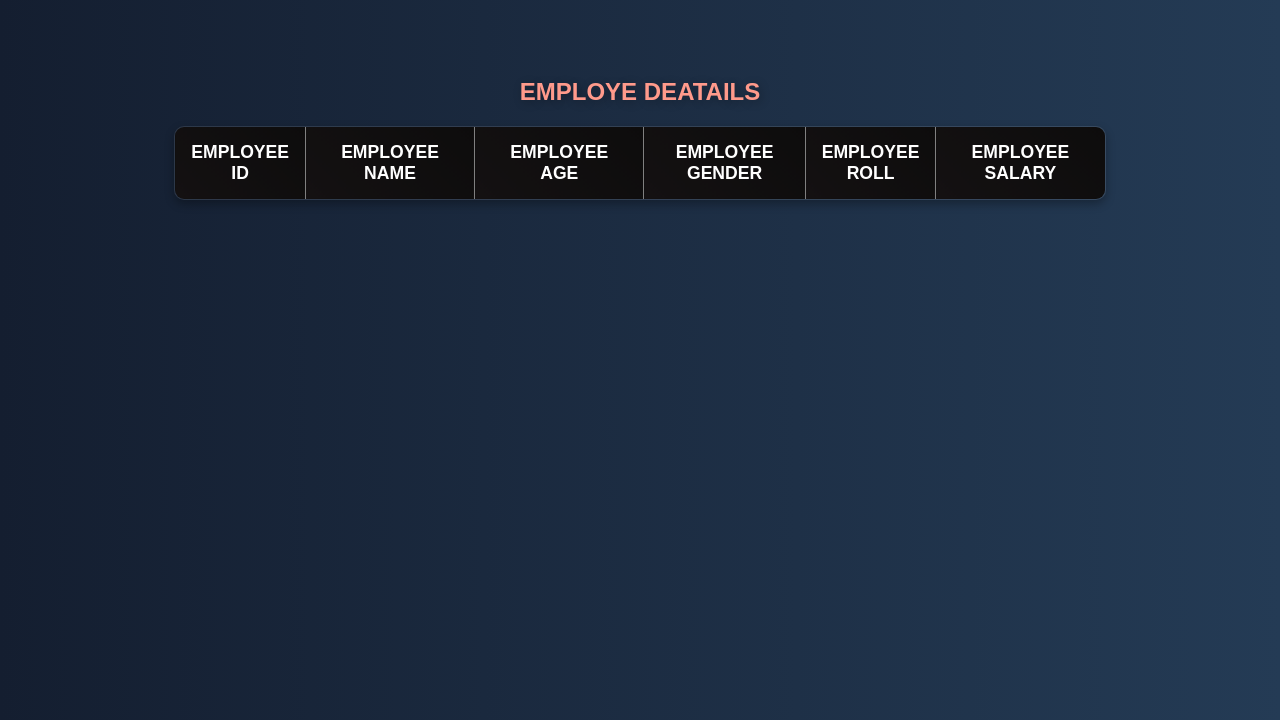
Repository: siva-shankar-2004/EmployeeManagementSystem
Page: src/main/resources/static/employeDetails.html
An editor plug-in stored every save of this project. The page is shown before and after the next save, followed by the edit.
The browser window is 1280 px wide. The pictures show the whole page.
The page's requests for data from a server got no answer.

Above is the page before, as saved 2025-04-04 19:26:00.

After the next save:
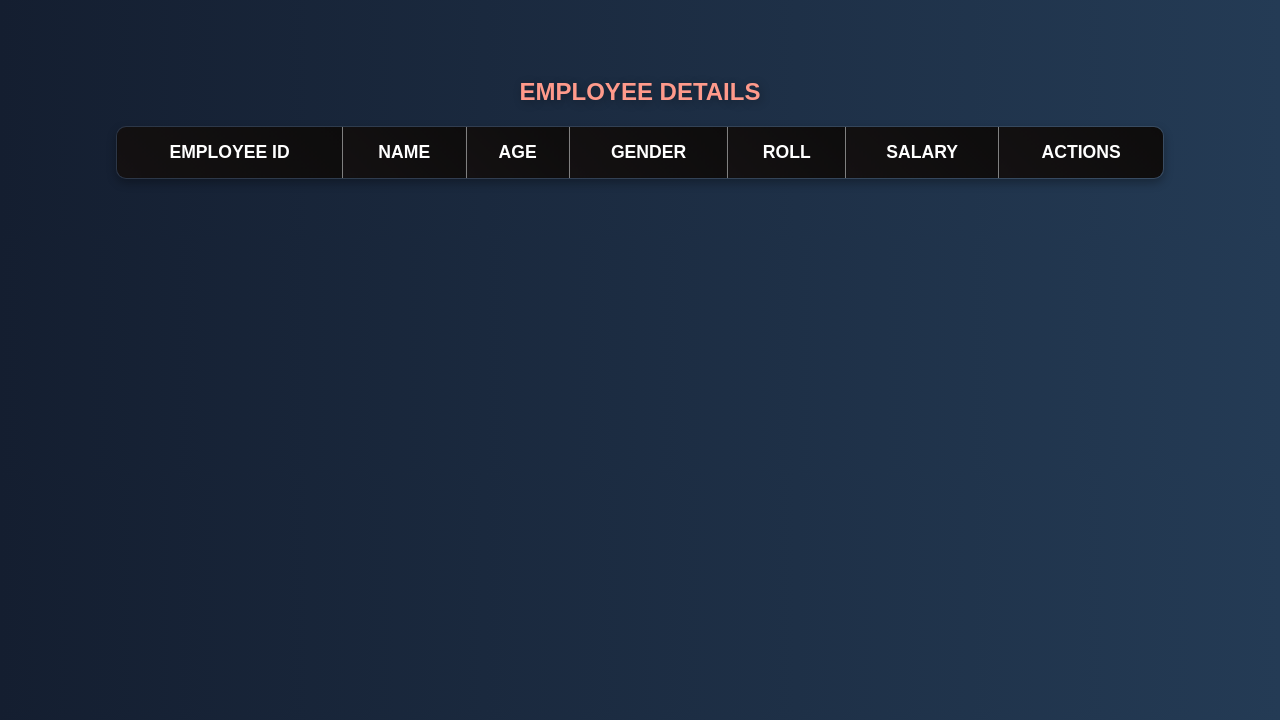
Saved 44 min 59 s later.
--- a/src/main/resources/static/employeDetails.html
+++ b/src/main/resources/static/employeDetails.html
@@ -18,7 +18,7 @@
         }
 
         table {
-            width: 80%;
+            width: 90%;
             margin: auto;
             border-collapse: collapse;
             background: rgba(255, 255, 255, 0.1);
@@ -43,24 +43,43 @@
             background: rgba(255, 255, 255, 0.2);
             color: white;
         }
+
+        button {
+            padding: 5px 10px;
+            margin: 2px;
+            border-radius: 5px;
+            border: none;
+            cursor: pointer;
+        }
+
+        .edit-btn {
+            background-color: orange;
+            color: white;
+        }
+
+        .delete-btn {
+            background-color: crimson;
+            color: white;
+        }
     </style>
 </head>
 <body>
-    <h2>EMPLOYE DEATAILS</h2>
+    <h2>EMPLOYEE DETAILS</h2>
 
     <table border="1">
-        <tr>
-            <th width="100">EMPLOYEE ID</th>
-            <th width="150">EMPLOYEE NAME</th>
-            <th width="150">EMPLOYEE AGE</th>
-            <th width="140">EMPLOYEE GENDER</th>
-            <th width="100">EMPLOYEE ROLL</th>
-            <th width="150">EMPLOYEE SALARY</th>
-        </tr>
-        <tbody id="employeeDetails"></tbody> <!-- Table body where rows will be inserted -->
+        <thead>
+            <tr>
+                <th>EMPLOYEE ID</th>
+                <th>NAME</th>
+                <th>AGE</th>
+                <th>GENDER</th>
+                <th>ROLL</th>
+                <th>SALARY</th>
+                <th>ACTIONS</th>
+            </tr>
+        </thead>
+        <tbody id="employeeDetails"></tbody>
     </table>
-
-
 
     <script type="text/javascript">
         window.onload = function() {
